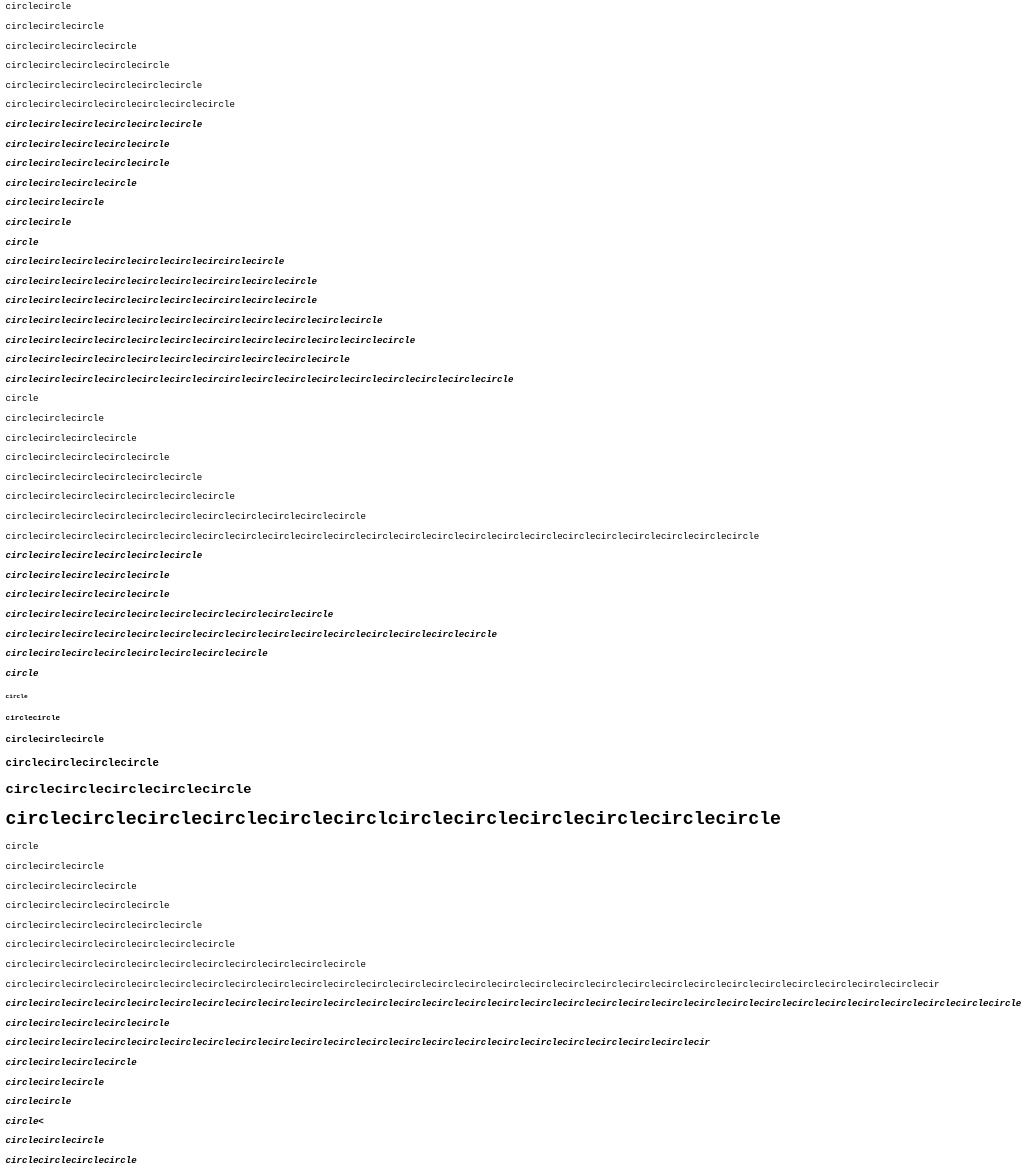
Repository: parkh899/parkh899.github.io
Page: lab/composition.html
The author's editor kept a record of every edit. The page is drawn from the files as they stood at one moment, then again after the next edit.
The browser window is 1280 px wide. The page is 1464 px wide, then 1280 px, so the pictures cover 1464 px, including what lies to the right of the window. The pictures show the part of the page from y = 2209 to 3889 px (the page is 3889 px tall), at 70% of full size.

Above is the page before.

### lab/composition.html
<html>

<a href = "../index.html">Home</a> | <a href = "index.html">Composition</a>

    <br>
    <hr>
    <hr>

    <body>

<h1>circlecirclecirclecirclecirclecirclecirclecirclecirclecirclecirclecirclecirclecircle</h1>
<h1>circlecirclecirclecirclecirclecirclecirclecirclecirclecirclecirclecirclecircle</h1>
<h2>circlecirclecirclecirclecirclecirclecirclecirclecirclecirclecirclecircle</h2>
<h3>circlecirclecirclecirclcirclecirclecirclecirclecirclecirclecircle</h3>
<h4>circlecirclecirclecirclecirclecirclecirclecirclecirclecircle</h4>
<h5><i>circlecirclecirclecirclecirclecirclecirclecirclecircle</i></h5>
<h6>circle</h6>
<h6>circlecirclecirclecirclecirclecirclecirclecirclecircle</h6>
<h6>circlecirclecirclecirclecirclecirclecirclecirclecirclecirclecircle</h6>
<h6>circlecirclecirclecirclecirclecirclecirclecirclecirclecirclecirclecirclecirclecirclecircle</h6>
<h6>circlecircle</h6>
<h6>circlecircle</h6>
<h6>circlecirclecirclecirclecirclecirclecirclecirclecirclecirclecircle</h6>
<h6>circlecirclecirclecirclecirclecirclecirclecirclecirclecirclecirclecircle</h6>
<h6>circlecirclecirclecirclecirclecirclecirclecirclecirclecirclecirclecirclecircle</h6>
<h6>circle</h6>
<p><code> circle </code></p>
<p><code> circlecirclecirclecirclecirclecirclecirclecirclecirclecircle </code></p>
<p><code> circlecirclecirclecirclecirclecirclecirclecirclecirclecirclecircle </code></p>
<p><code> circlecirclecirclecirclecircle</code></p>
<p><code> circlecirclecirclecirclecirclecircle </code></p>
<p><code> circlecirclecirclecirclecirclecirclecirclecirclecirclecirclecirclecirclecirclecircle </code></p>
<p><code> circlecirclecirclecirclecirclecirclecirclecirclecirclecirclecircle</code></p>
<p><strong><em>circlecirclecirclecirclecirclecircle</em></strong></p>
<p><strong><em> circlecirclecirclecirclecircle</em></strong></p>
<p><strong><em>circlecirclecirclecirclecircle</em></strong></p>
    <p><strong><em>circlecirclecirclecircle</em></strong></p>
        <p><strong><em>circlecirclecircle</em></strong></p>
            <p><strong><em>circlecircle</em></strong></p>
            <p><strong><em>circle</em></strong></p>
                <h6>circle</h6>
                <h5>circlecircle</h5>
                <h4>circlecirclecircle</h4>
                <h3>circlecirclecirclecircle</h3>
                <h2>circlecirclecirclecirclecircle</h2>
                <h1>circlecirclecirclecirclecirclecircle</h1>
                <p><code> circle</code></p>
<p><code> circlecircle </code></p>
<p><code> circlecirclecircle</code></p>
<p><code> circlecirclecirclecircle</code></p>
<p><code> circlecirclecirclecirclecircle </code></p>
<p><code> circlecirclecirclecirclecirclecircle </code></p>
<p><code> circlecirclecirclecirclecirclecirclecircle </code></p>
<p><strong><em>circlecirclecirclecirclecirclecircle</em></strong></p>
<p><strong><em> circlecirclecirclecirclecircle</em></strong></p>
<p><strong><em>circlecirclecirclecirclecircle</em></strong></p>
    <p><strong><em>circlecirclecirclecircle</em></strong></p>
        <p><strong><em>circlecirclecircle</em></strong></p>
            <p><strong><em>circlecircle</em></strong></p>
            <p><strong><em>circle</em></strong></p>
                <h1>circlecirclecirclecirclecirclecirclecirclecirclecirclecircle</h1>
<h2>circlecirclecirclecirclecircle</h2>
<h3>circlecirclecirclecircle</h3>
<h4>circlecirclecircle</h4>
<h5>circlecircle</h5>
<h6>circle</h6>
<p><code> circle<code></p>
<p><code> circlecircle <code></p>
<p><code> circlecirclecircle<code></p>
<p><code> circlecirclecirclecircle<code></p>
<p><code> circlecirclecirclecirclecircle <code></p>
<p><code> circlecirclecirclecirclecirclecircle <code></p>
<p><code> circlecirclecirclecirclecirclecirclecircle <code></p>
<p><strong><em>circlecirclecirclecirclecirclecircle</em></strong></p>
<p><strong><em> circlecirclecirclecirclecircle</em></strong></p>
<p><strong><em>circlecirclecirclecirclecircle</em></strong></p>
    <p><strong><em>circlecirclecirclecircle</em></strong></p>
        <p><strong><em>circlecirclecircle</em></strong></p>
            <p><strong><em>circlecircle</em></strong></p>
            <p><strong><em>circle</em></strong></p>
                <p><strong><em>circlecirclecirclecirclecirclecirclecircirclecircle</em></strong></p>
    <p><strong><em>circlecirclecirclecirclecirclecirclecircirclecirclecircle</em></strong></p>
            <p><strong><em>circlecirclecirclecirclecirclecirclecircirclecirclecircle</em></strong></p>
                    <p><strong><em>circlecirclecirclecirclecirclecirclecircirclecirclecirclecirclecircle</em></strong></p>
                            <p><strong><em>circlecirclecirclecirclecirclecirclecircirclecirclecirclecirclecirclecircle</em></strong></p>
                                    <p><strong><em>circlecirclecirclecirclecirclecirclecircirclecirclecirclecircle</em></strong></p>
                                            <p><strong><em>circlecirclecirclecirclecirclecirclecircirclecirclecirclecirclecirclecirclecirclecirclecircle</em></strong></p>
                                                <p><code> circle</code></p>
<p><code> circlecirclecircle </code></p>
<p><code> circlecirclecirclecircle</code></p>
<p><code> circlecirclecirclecirclecircle</code></p>
<p><code> circlecirclecirclecirclecirclecircle </code></p>
<p><code> circlecirclecirclecirclecirclecirclecircle</code></p>
<p><code>circlecirclecirclecirclecirclecirclecirclecirclecirclecirclecircle </code></p>
<p><code>circlecirclecirclecirclecirclecirclecirclecirclecirclecirclecirclecirclecirclecirclecirclecirclecirclecirclecirclecirclecirclecirclecircle</code></p>
<p><strong><em>circlecirclecirclecirclecirclecircle</em></strong></p>
<p><strong><em> circlecirclecirclecirclecircle</em></strong></p>
<p><strong><em>circlecirclecirclecirclecircle</em></strong></p>
    <p><strong><em>circlecirclecirclecirclecirclecirclecirclecirclecirclecircle</em></strong></p>
        <p><strong><em>circlecirclecirclecirclecirclecirclecirclecirclecirclecirclecirclecirclecirclecirclecircle</em></strong></p>
            <p><strong><em>circlecirclecirclecirclecirclecirclecirclecircle</em></strong></p>
            <i><p><strong><em>circle</em></strong></p></i>
                <h6>circle</h6>
                <h5>circlecircle</h5>
                <h4>circlecirclecircle</h4>
                <h3>circlecirclecirclecircle</h3>
                <h2>circlecirclecirclecirclecircle</h2>
                <h1>circlecirclecirclecirclecirclecirclcirclecirclecirclecirclecirclecircle</h1>
                <p><code> circle </code></p>

            <p><code> circlecirclecircle </code></p>
<p><code> circlecirclecirclecircle</code></p>
<p><code> circlecirclecirclecirclecircle</code></p>
<p><code> circlecirclecirclecirclecirclecircle </code></p>
<p><code> circlecirclecirclecirclecirclecirclecircle</code></p>
<p><code>circlecirclecirclecirclecirclecirclecirclecirclecirclecirclecircle</code></p>
<p><code>circlecirclecirclecirclecirclecirclecirclecirclecirclecirclecirclecirclecirclecirclecirclecirclecirclecirclecirclecirclecirclecirclecirclecirclecirclecirclecirclecirclecir</code></p>
<p><strong><em>circlecirclecirclecirclecirclecirclecirclecirclecirclecirclecirclecirclecirclecirclecirclecirclecirclecirclecirclecirclecirclecirclecirclecirclecirclecirclecirclecirclecirclecirclecircle</em></strong></p>
<p><strong><em> circlecirclecirclecirclecircle</em></strong></p>
<p><strong><em>circlecirclecirclecirclecirclecirclecirclecirclecirclecirclecirclecirclecirclecirclecirclecirclecirclecirclecirclecirclecirclecir</em></strong></p>
    <p><strong><em>circlecirclecirclecircle</em></strong></p>
        <p><strong><em>circlecirclecircle</em></strong></p>
            <p><strong><em>circlecircle</em></strong></p>
            <p><strong><em>circle<</em></strong></p>
                <p><strong><em>circlecirclecircle</em></strong></p>
                <p><strong><em>circlecirclecirclecircle</em></strong></p>

</body>

</html>

After the next edit:
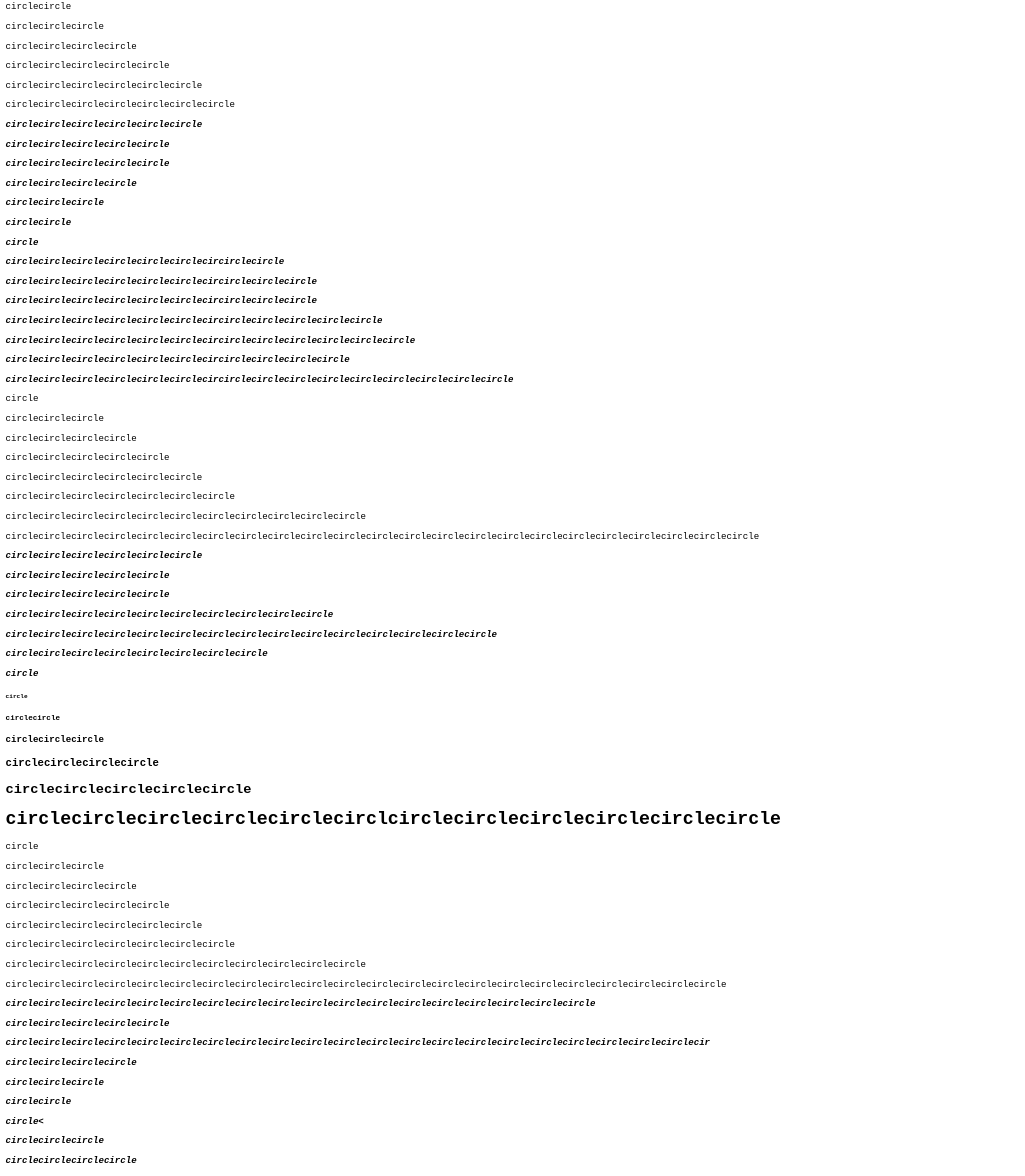
The edit:
--- a/lab/composition.html
+++ b/lab/composition.html
@@ -114,8 +114,8 @@
 <p><code> circlecirclecirclecirclecirclecircle </code></p>
 <p><code> circlecirclecirclecirclecirclecirclecircle</code></p>
 <p><code>circlecirclecirclecirclecirclecirclecirclecirclecirclecirclecircle</code></p>
-<p><code>circlecirclecirclecirclecirclecirclecirclecirclecirclecirclecirclecirclecirclecirclecirclecirclecirclecirclecirclecirclecirclecirclecirclecirclecirclecirclecirclecirclecir</code></p>
-<p><strong><em>circlecirclecirclecirclecirclecirclecirclecirclecirclecirclecirclecirclecirclecirclecirclecirclecirclecirclecirclecirclecirclecirclecirclecirclecirclecirclecirclecirclecirclecirclecircle</em></strong></p>
+<p><code>circlecirclecirclecirclecirclecirclecirclecirclecirclecirclecirclecirclecirclecirclecirclecirclecirclecirclecirclecirclecirclecircle</code></p>
+<p><strong><em>circlecirclecirclecirclecirclecirclecirclecirclecirclecirclecirclecirclecirclecirclecirclecirclecirclecircle</em></strong></p>
 <p><strong><em> circlecirclecirclecirclecircle</em></strong></p>
 <p><strong><em>circlecirclecirclecirclecirclecirclecirclecirclecirclecirclecirclecirclecirclecirclecirclecirclecirclecirclecirclecirclecirclecir</em></strong></p>
     <p><strong><em>circlecirclecirclecircle</em></strong></p>
